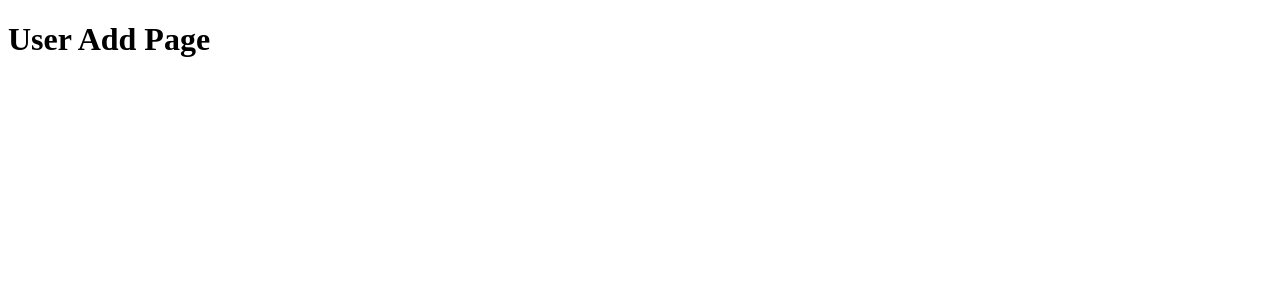
Repository: bookkg2/TIL
Page: http://localhost/day1333/req?type=user&cmd=add
An editor plug-in stored every save of this project. The page is shown before and after the next save, followed by the edit.
The browser window is 1280 px wide. The pictures show the whole page.
The page is served by Tomcat 9. Other server files are loaded and not shown.

Above is the page before, as saved 2019-06-27 08:36:01.

### day1333/web/user/add.jsp
<%@ page language="java" contentType="text/html; charset=UTF-8"
    pageEncoding="UTF-8"%>
<%@ taglib prefix="c" uri="http://java.sun.com/jsp/jstl/core" %>

<!DOCTYPE html>
<html>
<head>
<meta charset="UTF-8">
<title>Insert title here</title>
<script src="https://ajax.googleapis.com/ajax/libs/jquery/1.12.4/jquery.min.js"></script>
</head>
<body>
<h1>User Add Page</h1>
</body>
</html>

### day1333/src/com/web/RequestServlet.java
package com.web;

import java.io.IOException;

import javax.servlet.RequestDispatcher;
import javax.servlet.ServletException;
import javax.servlet.annotation.WebServlet;
import javax.servlet.http.HttpServlet;
import javax.servlet.http.HttpServletRequest;
import javax.servlet.http.HttpServletResponse;


@WebServlet({ "/RequestServlet", "/req" })
public class RequestServlet extends HttpServlet {
	private static final long serialVersionUID = 1L;


	protected void service(HttpServletRequest request, HttpServletResponse response) throws ServletException, IOException {
		String type = request.getParameter("type");
		if(type == null || type.equals("")) {
			type = "index.jsp";
		}
		RequestDispatcher rd =
		request.getRequestDispatcher(type);
		rd.forward(request, response);
	}

}

After the next save:
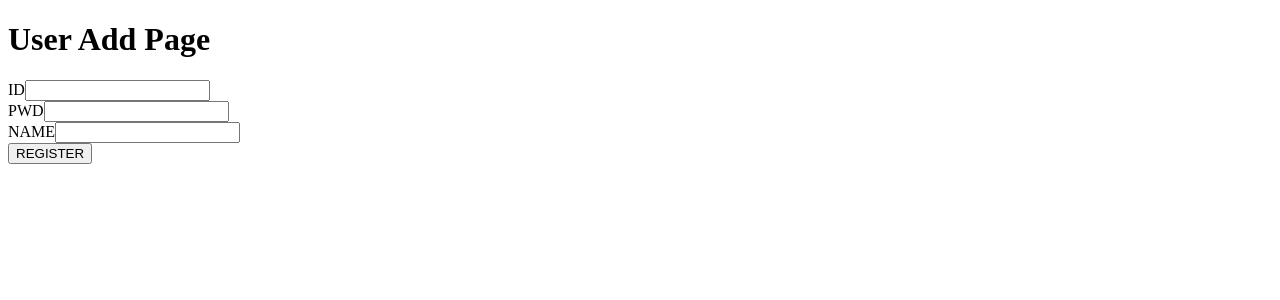
Saved 15 h 50 min later.
--- a/day1333/web/user/add.jsp
+++ b/day1333/web/user/add.jsp
@@ -8,8 +8,26 @@
 <meta charset="UTF-8">
 <title>Insert title here</title>
 <script src="https://ajax.googleapis.com/ajax/libs/jquery/1.12.4/jquery.min.js"></script>
+<script>
+$(document).ready(function(){
+	$('button').click(function(){
+		var c = confirm('회원가입하시겠습니까?');
+		if(c == true){
+			$('#r_form').attr('method','POST');
+			$('#r_form').attr('action','req?type=user&cmd=addimpl');
+			$('#r_form').submit();
+		}
+	});
+});
+</script>
 </head>
 <body>
 <h1>User Add Page</h1>
+<form id="r_form">
+ID<input type="text" name="id"><br>
+PWD<input type="text" name="pwd"><br>
+NAME<input type="text" name="name"><br>
+<input type="button" value="REGISTER"><br>
+</form>
 </body>
 </html>
